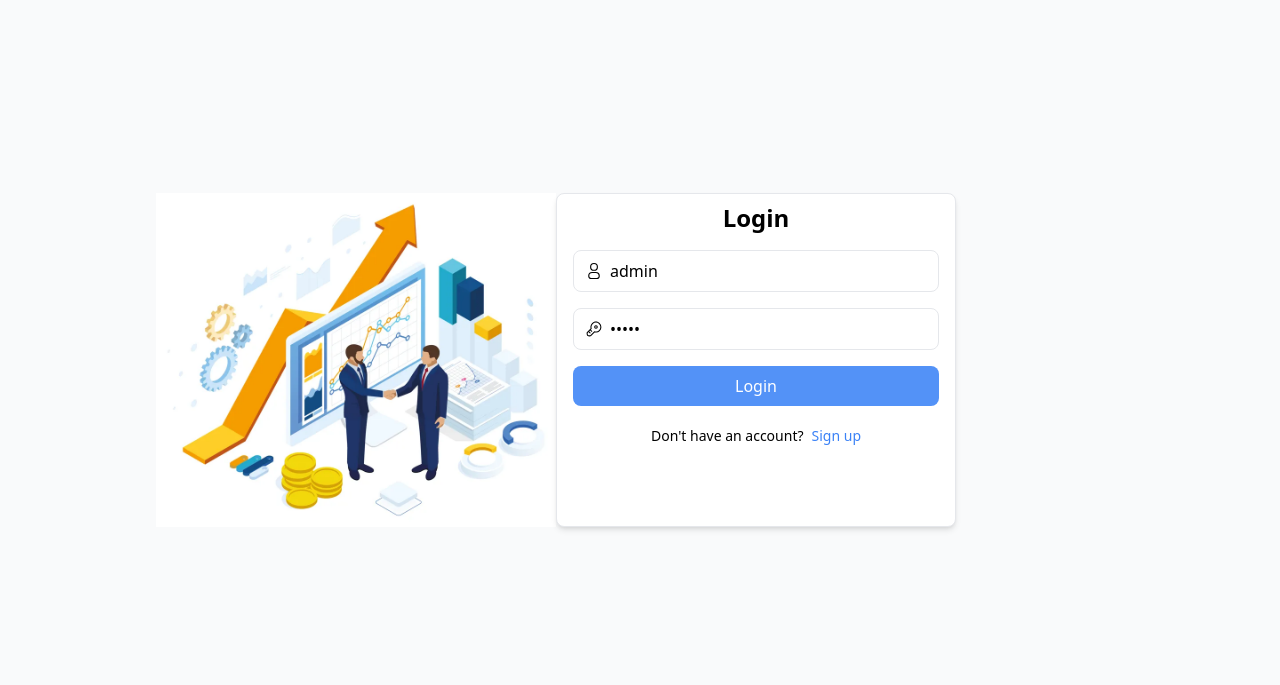
Repository: Fortivera/yourestate
Page: /
These files come from the project's save history. The page is drawn as it stood at one moment and after the next save; the edit follows.
The browser window is 1280 px wide. The pictures show the whole page.
The project was rebuilt for these pictures with package versions that can differ from the ones it lists, and the page was loaded fresh each time. The framework's server and built-in components were replaced by stand-ins that run in the browser. Also part of the build but not shown: next.config.js.

Above is the page before, as saved 2023-11-01 23:52:15.

After the next save:
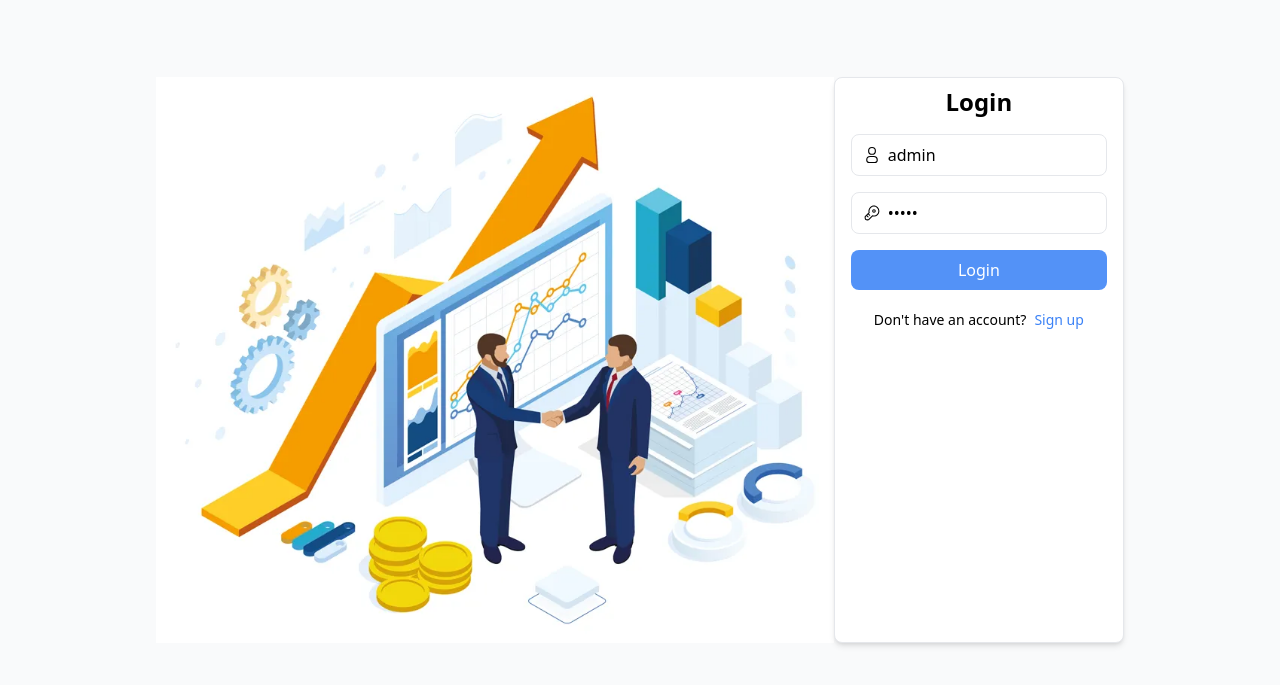
Saved 29 s later.
--- a/src/app/page.tsx
+++ b/src/app/page.tsx
@@ -8,7 +8,7 @@
     <div className="min-h-screen bg-gray-50 flex items-center justify-center">
       <div className="ml-auto mr-auto w-full px-4 py-10 tablet:w-[540px] laptop:w-[1000px]">
         <div className="flex laptop:flex-row tablet:flex-col mobile:flex-col">
-          <figure className="w-full tablet:w-[300px] laptop:w-[400px]">
+          <figure className="w-full  ">
             <Image src="/static/growth.jpg" alt="login page picture" layout="responsive" width={400} height={600} />
           </figure>
           <div className="w-[400px] px-4 pb-8 pt-2 bg-white border rounded-lg shadow-md">

After the save that followed:
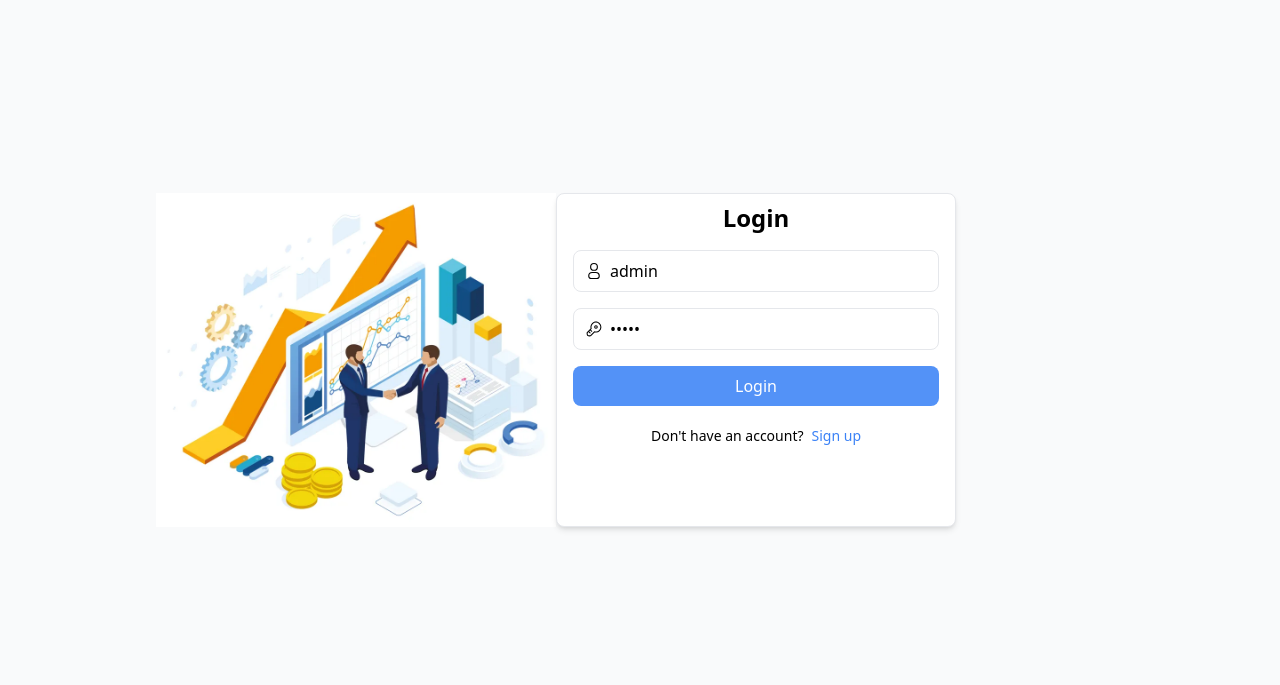
Saved 16 s later.
--- a/src/app/page.tsx
+++ b/src/app/page.tsx
@@ -8,7 +8,7 @@
     <div className="min-h-screen bg-gray-50 flex items-center justify-center">
       <div className="ml-auto mr-auto w-full px-4 py-10 tablet:w-[540px] laptop:w-[1000px]">
         <div className="flex laptop:flex-row tablet:flex-col mobile:flex-col">
-          <figure className="w-full  ">
+          <figure className="w-full tablet:w-[300px] laptop:w-[400px]">
             <Image src="/static/growth.jpg" alt="login page picture" layout="responsive" width={400} height={600} />
           </figure>
           <div className="w-[400px] px-4 pb-8 pt-2 bg-white border rounded-lg shadow-md">
